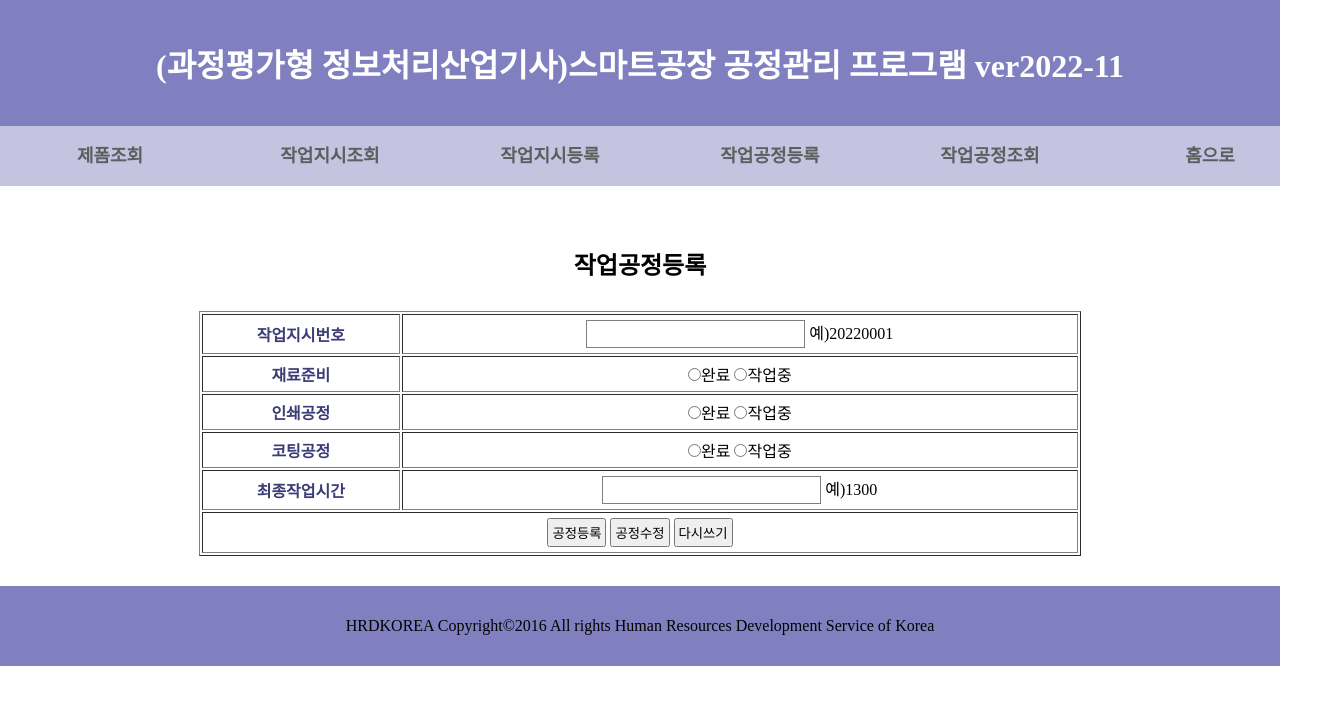
Repository: anakyn01/exam
Page: http://localhost/smart_5/sub3.jsp
The author's editor kept a copy of each file at every save. The page is drawn from the files as they stood at one save, then again after the next save.
The browser window is 1280 px wide. The page is 1320 px wide, so the pictures cover 1320 px, including what lies to the right of the window. The pictures show the whole page.
The page is served by Tomcat 9. Other server files are loaded and not shown.

Above is the page before, as saved 2025-01-06 08:17:54.

### smart_5/src/main/webapp/sub3.jsp
<%@ page language="java" contentType="text/html; charset=UTF-8"
    pageEncoding="UTF-8"%>
<jsp:include page="include/header.jsp"/>
<script src="js/js2.js"></script>
<form name="form">
<section>
<h2>작업공정등록</h2>
<table border=1>
	<tr>
		<th>작업지시번호</th>
		<td>
		<input type="text" name="w_workno">
		<span>예)20220001</span>
		</td>
	</tr>
	<tr>
		<th>재료준비</th>
		<td>
		<input type="radio" name="p_p1" value="Y">완료
		<input type="radio" name="p_p1" value="N">작업중
		</td>
	</tr>
	<tr>
		<th>인쇄공정</th>
		<td>
		<input type="radio" name="p_p2" value="Y">완료
		<input type="radio" name="p_p2" value="N">작업중
		</td>
	</tr>
	<tr>
		<th>코팅공정</th>
		<td>
		<input type="radio" name="p_p3" value="Y">완료
		<input type="radio" name="p_p3" value="N">작업중
		</td>
	</tr>
	<tr>
		<th>최종작업시간</th>
		<td>
<input type="text" name="w_lasttime">
<span>예)1300</span>
		</td>
	</tr>
	<tr>
<td colspan="2">
<input type="button" onclick="goSave()" value="공정등록">
<input type="button" onclick="goUpdate()" value="공정수정">
<input type="button" onclick="FormReset()" value="다시쓰기">
</td>
	</tr>
</table>
</section>
</form>
<jsp:include page="include/footer.jsp"/>

### smart_5/src/main/webapp/include/header.jsp
<%@ page language="java" contentType="text/html; charset=UTF-8"
    pageEncoding="UTF-8"%>
<!DOCTYPE html>
<html>
<head>
<meta charset="UTF-8">
<title>스마트 공정관리 프로그램</title>
<link rel="stylesheet" href="css/style.css"/>
</head>
<body>
<header>
<h1>(과정평가형 정보처리산업기사)스마트공장 공정관리 프로그램 ver2022-11</h1>
</header>
<nav>
<ul>
<li><a href="sub1.jsp">제폼조회</a></li>
<li><a href="sub2.jsp">작업지시조회</a></li>
<li><a href="sub2_1.jsp">작업지시등록</a></li>
<li><a href="sub3.jsp">작업공정등록</a></li>
<li><a href="sub4.jsp">작업공정조회</a></li>
<li><a href="index.jsp">홈으로</a></li>
</ul>
</nav>

### smart_5/src/main/webapp/include/footer.jsp
<%@ page language="java" contentType="text/html; charset=UTF-8"
    pageEncoding="UTF-8"%>
<footer>
<p>HRDKOREA Copyright&copy;2016 All rights Human Resources Development Service of Korea</p>
</footer>
</body>
</html>

### smart_5/src/main/webapp/css/style.css
@charset "UTF-8";
*{margin:0; padding:0; box-sizing:border-box;}
a{text-decoration:none; color:#5e5e5e;}
header{background-color:#8080c0;}
header h1{padding:40px 0; text-align:center; color:white;}
nav{height:60px; background-color:#c4c4e1;}
nav ul{margin:0 auto; width:1320px; list-style:none; text-align:center;}
nav ul li{line-height:60px; float:left; font-size:18px; font-weight:600; width:200px;
margin:0 10px;
}
section{padding:30px 10px;}
section h2{text-align:center; margin:30px 0;}
section p{margin:10px 0;}
table{margin:0 auto; width:70%; text-align:center;}
th{color:#3c3c77;}
th,td{padding:5px 0;}
input[type="text"]{
height:28px; border:1px solid gray; padding:0 5px; font-size:16px;
}
input[type="button"]{padding:3px;}
select{height:28px; padding:0 5px; font-size:16px; }
footer{text-align:center; background-color:#8080c0;}
footer p{line-height:80px;}

### smart_5/src/main/webapp/js/js2.js
function FormReset(){
	alert("정보를 지우고 처음부터 다시 입력합니다");
	form.reset();
	from.w_workno.focus();
}

function goSave(){
	if(form.w_workno.value==''){
		alert("작업지시번호가 입력되지 않았습니다!");
		form.w_workno.focus();
		return;
	}
	if(form.p_p1.value==''){
		alert("재료준비 항목이 선택되지 않았습니다!");
		return;
	}
	if(form.p_p2.value==''){
		alert("인쇄공정 항목이 선택되지 않았습니다!");
		return;
	}
	if(form.p_p3.value==''){
		alert("코팅공정 항목이 선택되지 않았습니다!");
		return;
	}
	if(form.w_lastdate.value==''){
		alert("최종작업일자가 입력되지 않았습니다!");
		form.w_lastdate.focus();
		return;
	}
	if(form.w_lasttime.value==''){
		alert("최종작업일자가 입력되지 않았습니다!");
		form.w_lasttime.focus();
		return;
	}
	form.method="post";
	form.action="process_save.jsp";
	form.submit();
}
function goUpdate(){
	if(form.w_workno.value==''){
		alert("작업지시번호가 입력되지 않았습니다!");
		form.w_workno.focus();
		return;
	}
	if(form.p_p1.value==''){
		alert("재료준비 항목이 선택되지 않았습니다!");
		return;
	}
	if(form.p_p2.value==''){
		alert("인쇄공정 항목이 선택되지 않았습니다!");
		return;
	}
	if(form.p_p3.value==''){
		alert("코팅공정 항목이 선택되지 않았습니다!");
		return;
	}
	if(form.w_lastdate.value==''){
		alert("최종작업일자가 입력되지 않았습니다!");
		form.w_lastdate.focus();
		return;
	}
	if(form.w_lasttime.value==''){
		alert("최종작업일자가 입력되지 않았습니다!");
		form.w_lasttime.focus();
		return;
	}
	form.method="post";
	form.action="process_update.jsp";
	form.submit();
}

After the next save:
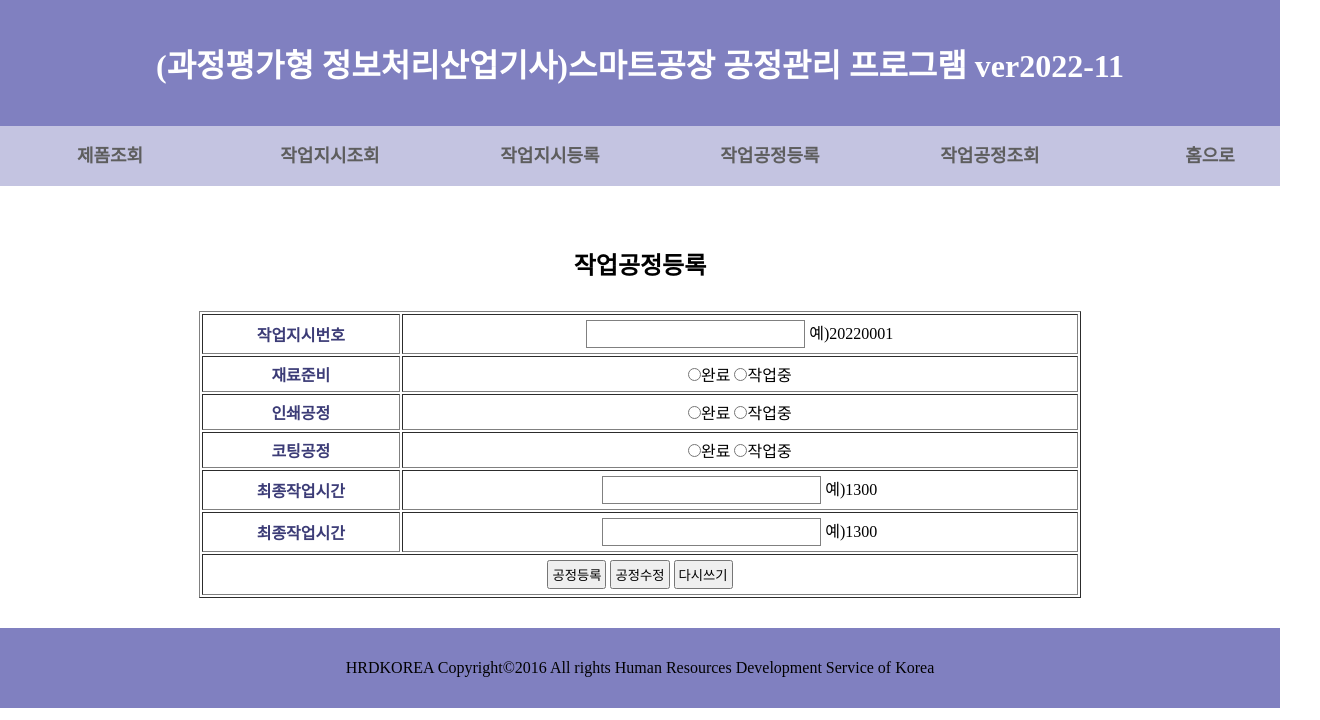
Saved 27 s later.
--- a/smart_5/src/main/webapp/sub3.jsp
+++ b/smart_5/src/main/webapp/sub3.jsp
@@ -42,6 +42,13 @@
 		</td>
 	</tr>
 	<tr>
+		<th>최종작업시간</th>
+		<td>
+<input type="text" name="w_lasttime">
+<span>예)1300</span>
+		</td>
+	</tr>
+	<tr>
 <td colspan="2">
 <input type="button" onclick="goSave()" value="공정등록">
 <input type="button" onclick="goUpdate()" value="공정수정">
